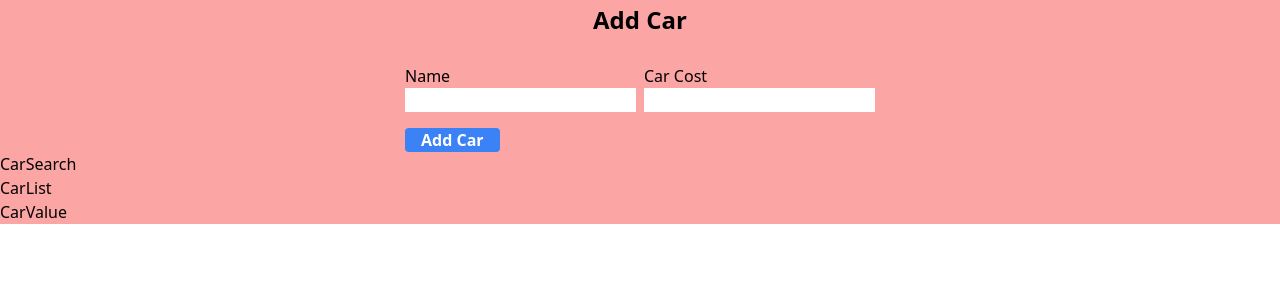
Repository: Marhamat92/carsappreduxtoolkit
Page: /
These files come from the project's save history. The page is drawn as it stood at one moment and after the next save; the edit follows.
The browser window is 1280 px wide. The pictures show the whole page.
The project was rebuilt for these pictures with package versions that can differ from the ones it lists, and the page was loaded fresh each time.

Above is the page before, as saved 2023-01-23 22:39:31.

After the next save:
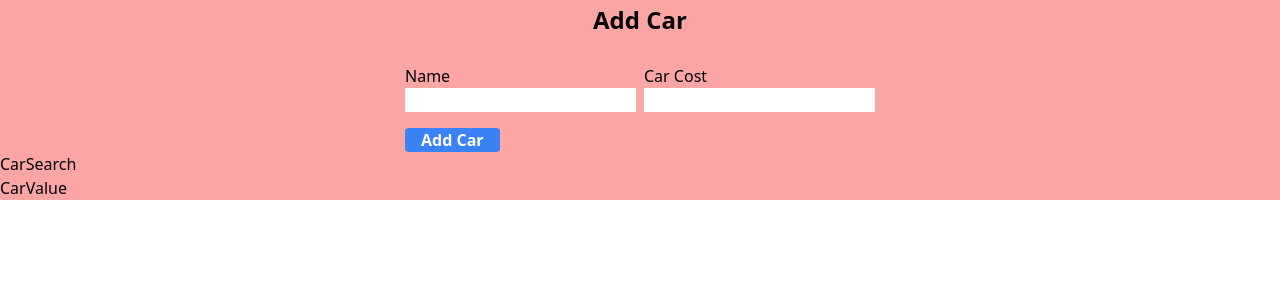
Saved 16 s later.
--- a/src/components/CarList.js
+++ b/src/components/CarList.js
@@ -21,7 +21,7 @@ function CarList() {
 
 
   return (
-    <div>CarList</div>
+    <div>{renderedCars}</div>
   )
 }
 
